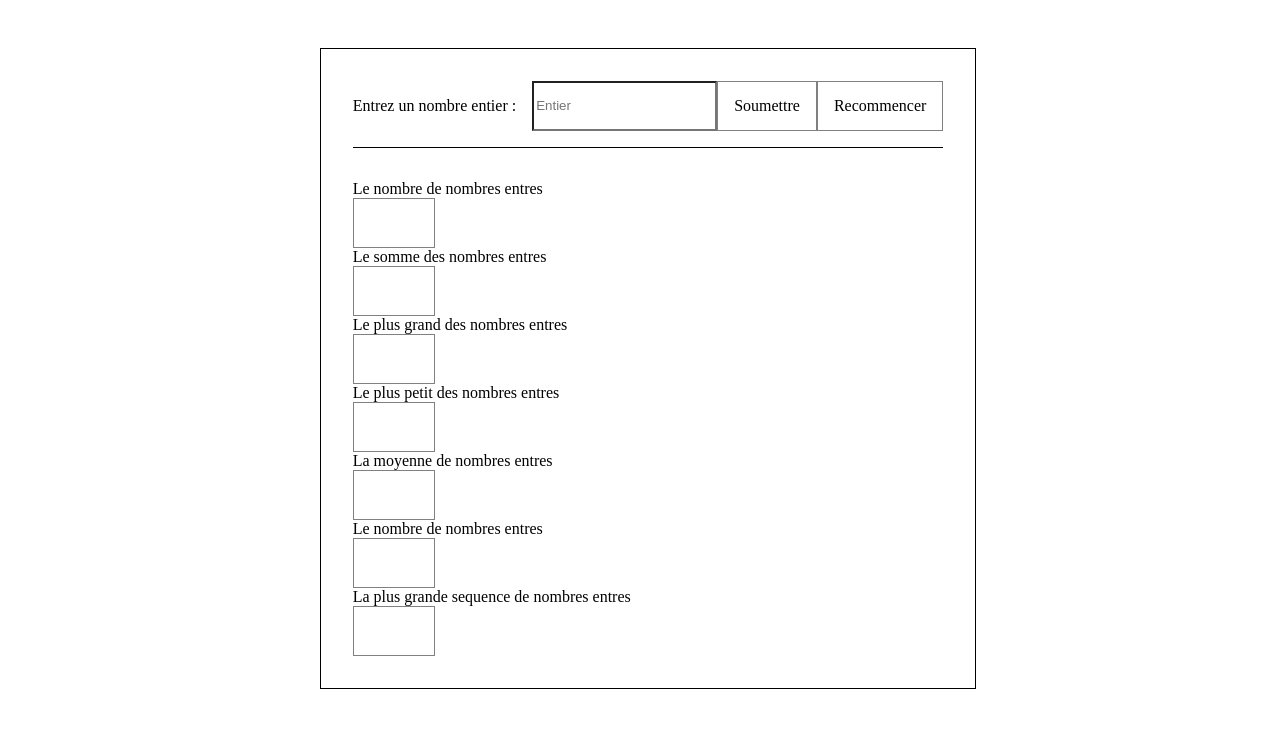
Repository: Thomas088/asbl-proforma
Page: exercices/js/ex-01/index.html
The author's editor kept a copy of each file at every save. The page is drawn from the files as they stood at one save, then again after the next save.
The browser window is 1280 px wide. The page is 1288 px wide, so the pictures cover 1288 px, including what lies to the right of the window. The pictures show the whole page.

Above is the page before, as saved 2020-03-20 01:55:49.

### exercices/js/ex-01/index.html
<!DOCTYPE html>
<html lang="en">
<head>
    <meta charset="UTF-8">
    <meta name="viewport" content="width=device-width, initial-scale=1.0">
    <link rel="stylesheet" href="./style.css">
    <title>Numbers</title>
</head>
<body>

    <div class="tableau">
        <div class="entry-user">
            <p>Entrez un nombre entier :</p>
            <input type="number" name="entry" class="user-entry" placeholder="Entier">
            <div class="submit-number">Soumettre</div>
            <div class="restart">Recommencer</div>
        </div>

        <div class="total-entries">
            <span>Le nombre de nombres entres</span>
            <div class="result total-entries-result"></div>
        </div>

        <div class="sum-entries">
            <span>Le somme des nombres entres</span>
            <div class="result sum-entries-result"></div>
        </div>

        <div class="max-entries">
            <span>Le plus grand des nombres entres</span>
            <div class="result max-entries-result"></div>
        </div>

        <div class="min-entries">
            <span>Le plus petit des nombres entres</span>
            <div class="result"></div>
        </div>

        <div class="avarage-entries">
            <span>La moyenne de nombres entres</span>
            <div class="result min-entries-result"></div>
        </div>

        <div class="list-of-entries">
            <span>Le nombre de nombres entres</span>
            <div class="result list-of-entries-result"></div>
        </div>

        <div class="sequence-entries">
            <span>La plus grande sequence de nombres entres</span>
            <div class="result sequence-entriesresult"></div>
        </div>

    </div>

    <script src="./index.js"></script>
</body>
</html>

### exercices/js/ex-01/style.css
body {
    width: 100vw;
    height: 100vh;
    display: flex;
    justify-content: center;
    align-items: center;
}

.tableau {
    border: 1px solid #000;
    padding: 2em;
}

.entry-user {
    display: flex;
    padding-bottom: 1rem;
    margin-bottom: 2rem;;
    border-bottom: 1px solid #000;
}

.entry-user p {
    padding-right: 1em;
}

.user-entry {
    outline: none;
    appearance: none;
}

.submit-number, .restart {
    display: flex;
    justify-content: center;
    align-items: center;
    border: 1px solid gray;
    padding: 0 1rem;
}

.result {
    width: 5rem;
    height: 3rem;
    border: 1px solid gray;
}

### exercices/js/ex-01/index.js
window.addEventListener("DOMContentLoaded", function () {



})

After the next save:
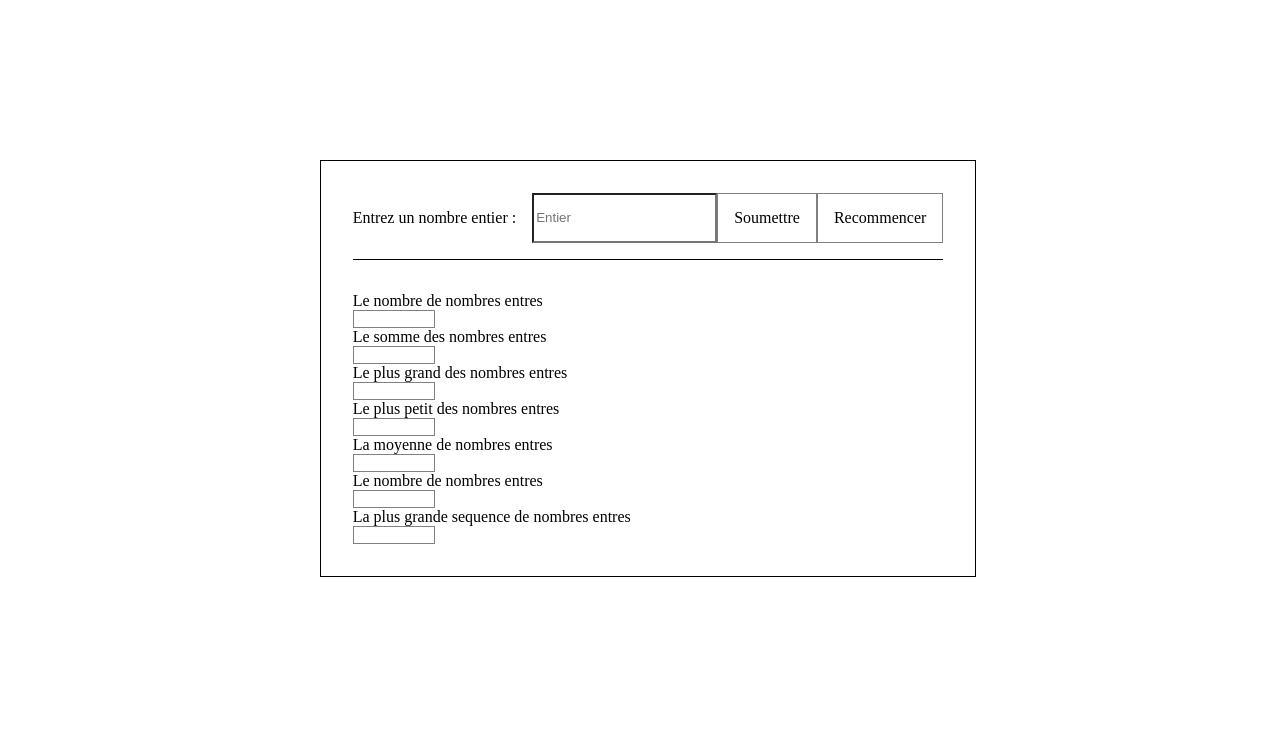
Saved 14 s later.
--- a/exercices/js/ex-01/style.css
+++ b/exercices/js/ex-01/style.css
@@ -37,6 +37,6 @@ body {
 
 .result {
     width: 5rem;
-    height: 3rem;
+    height: 1rem;
     border: 1px solid gray;
 }
